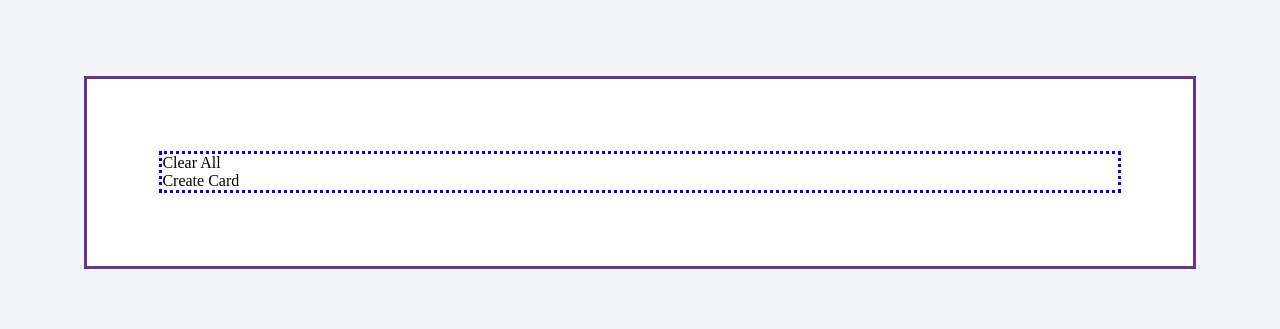
Repository: ReyhanehRahmani/TO-DO
Page: index.html
These files come from the project's save history. The page is drawn as it stood at one moment and after the next save; the edit follows.
The browser window is 1280 px wide. The pictures show the whole page.

Above is the page before, as saved 2025-06-07 22:09:57.

After the next save:
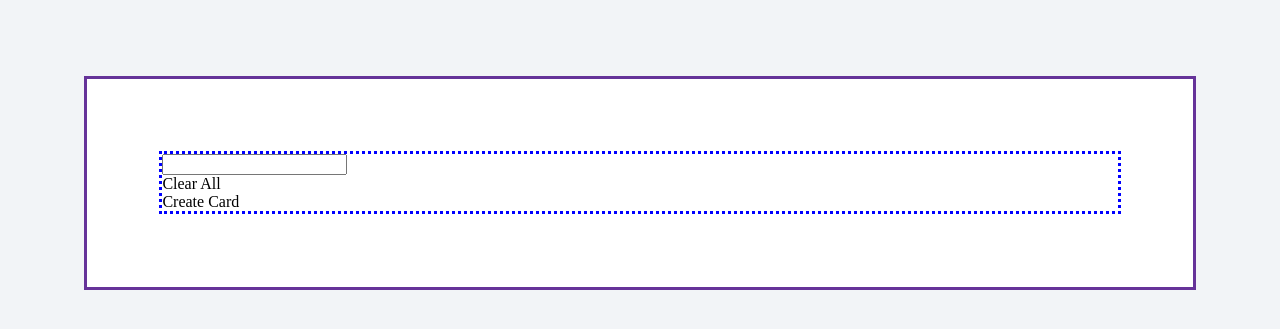
Saved 90 s later.
--- a/index.html
+++ b/index.html
@@ -16,7 +16,7 @@
     <body>
         <div id="main-card">
             <div id="content">
-                <div id="title"></div>
+                <div id="title"><input></div>
                 <div id="description"></div>
                 <div id="buttons">
                     <div id="clear">Clear All</div>
